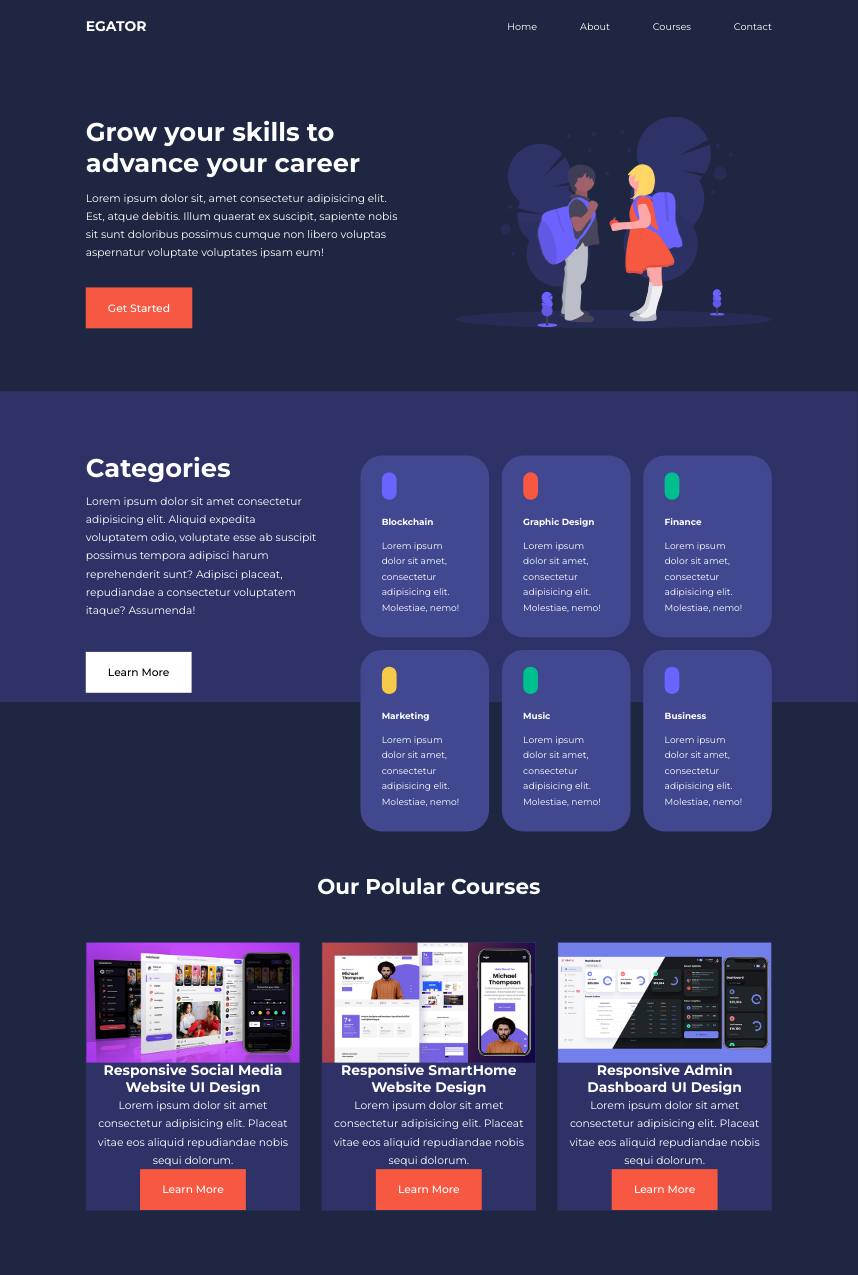
Repository: QUANGTHAI2003/education-web
Page: index.html
These files come from the project's save history. The page is drawn as it stood at one moment and after the next save; the edit follows.
The browser window is 1280 px wide. The pictures show the whole page, at 67% of full size.
Some icons come from a web library that is not loaded, so they are not drawn.

Above is the page before, as saved 2022-03-11 14:43:51.

After the next save:
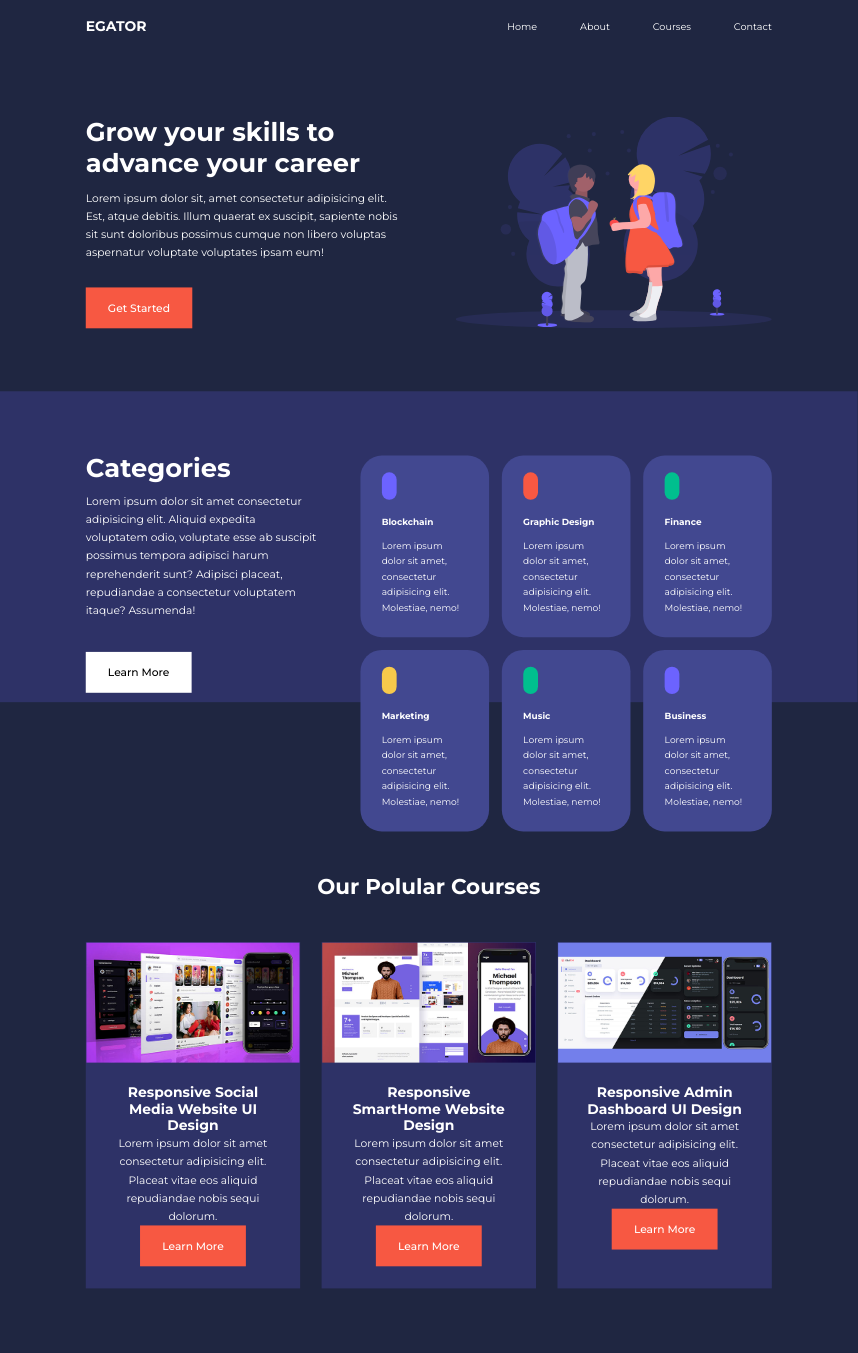
Saved 24 s later.
--- a/css/style.css
+++ b/css/style.css
@@ -253,3 +253,7 @@ header {
     text-align: center;
     border: 1px solid transparent;
 }
+
+.course__info {
+    padding: 2rem;
+}
